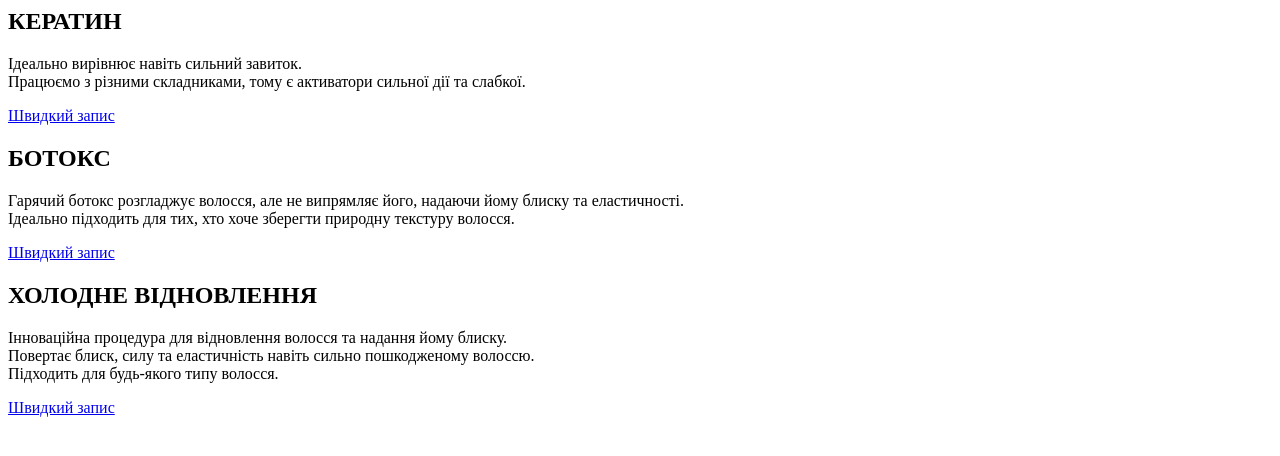
Repository: DianaKey/Keratin
Page: index.scroll.partial.html
An editor plug-in stored every save of this project. The page is shown before and after the next save, followed by the edit.
The browser window is 1280 px wide. The pictures show the whole page.

Above is the page before, as saved 2025-09-04 12:54:00.

### index.scroll.partial.html
<section class="hero-section hero-section--form-1">
  <div class="hero-section__overlay"></div>
  <div class="hero-section__content js-reveal">
    <h2 class="hero-section__title">КЕРАТИН</h2>
    <p class="hero-section__text">
      Ідеально вирівнює навіть сильний завиток.<br />
      Працюємо з різними складниками, тому є активатори сильної дії та слабкої.<br />
    </p>
    <a class="hero-section__btn" href="#">Швидкий запис</a>
  </div>
</section>

<section class="hero-section hero-section--form-2">
  <div class="hero-section__overlay"></div>
  <div class="hero-section__content js-reveal">
    <h2 class="hero-section__title">БОТОКС</h2>
    <p class="hero-section__text">
      Гарячий ботокс розгладжує волосся, але не випрямляє його, надаючи йому блиску та еластичності.<br />
      Ідеально підходить для тих, хто хоче зберегти природну текстуру волосся.<br />
    </p>
    <a class="hero-section__btn" href="#">Швидкий запис</a>
  </div>
</section>

<section class="hero-section hero-section--form-3">
  <div class="hero-section__overlay"></div>
  <div class="hero-section__content js-reveal">
    <h2 class="hero-section__title">ХОЛОДНЕ ВІДНОВЛЕННЯ</h2>
    <p class="hero-section__text">
      Інноваційна процедура для відновлення волосся та надання йому блиску.<br />
      Повертає блиск, силу та еластичність навіть сильно пошкодженому волоссю.<br />
      Підходить для будь-якого типу волосся.<br />
    </p>
    <a class="hero-section__btn" href="#">Швидкий запис</a>
  </div>
</section>

After the next save:
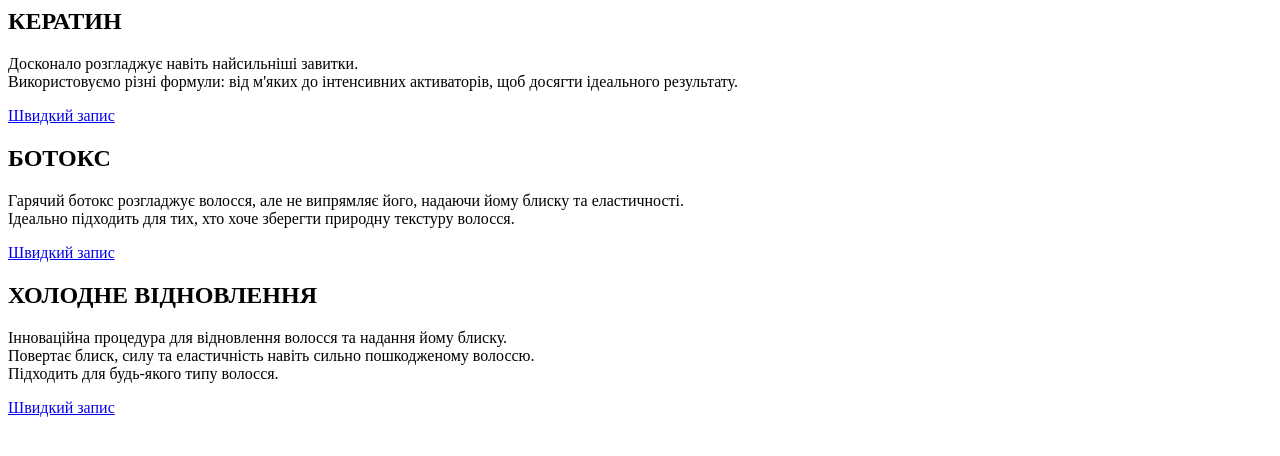
Saved 18 s later.
--- a/index.scroll.partial.html
+++ b/index.scroll.partial.html
@@ -3,8 +3,8 @@
   <div class="hero-section__content js-reveal">
     <h2 class="hero-section__title">КЕРАТИН</h2>
     <p class="hero-section__text">
-      Ідеально вирівнює навіть сильний завиток.<br />
-      Працюємо з різними складниками, тому є активатори сильної дії та слабкої.<br />
+      Досконало розгладжує навіть найсильніші завитки.<br />
+      Використовуємо різні формули: від м'яких до інтенсивних активаторів, щоб досягти ідеального результату.<br />
     </p>
     <a class="hero-section__btn" href="#">Швидкий запис</a>
   </div>
